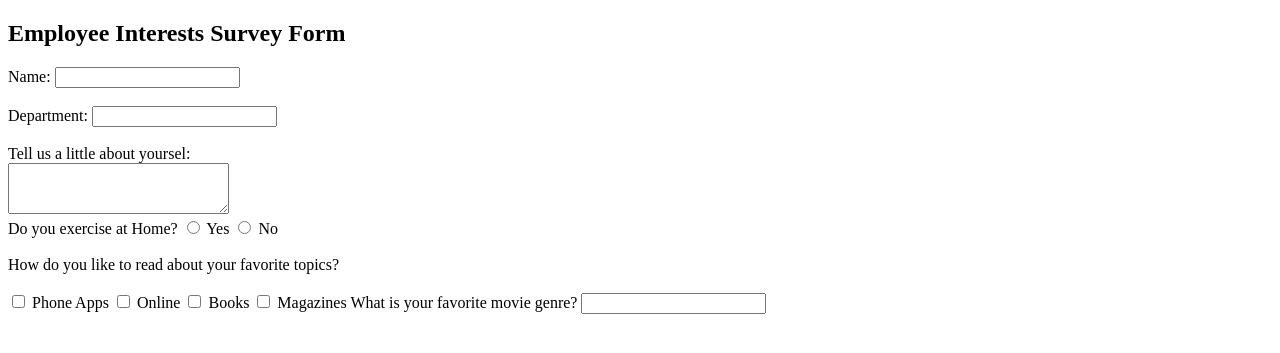
Repository: JoaoLemesDEV/Exercise-Survey-Form
Page: index.html
These files come from the project's save history. The page is drawn as it stood at one moment and after the next save; the edit follows.
The browser window is 1280 px wide. The pictures show the whole page.

Above is the page before, as saved 2021-10-10 18:29:33.

### index.html
<!DOCTYPE html>
<html lang="en">
<head>
  <meta charset="UTF-8">
  <meta http-equiv="X-UA-Compatible" content="IE=edge">
  <meta name="viewport" content="width=device-width, initial-scale=1.0">
  <title>Survey Form</title>
</head>
<body>
  <h2>Employee Interests Survey Form</h2>
  <label for="name">Name: </label>
  <input type="text" name="name" id=""><br><br>
  <label for="dep">Department:</label>
  <input type="text" name="dep" id=""><br><br>
  <label for="comment">Tell us a little about yoursel:</label><br>
  <textarea name="comment" id="comment" cols="25" rows="3"></textarea><br>
  <label for="question01">Do you exercise at Home?</label>
    <input type="radio" name="question01" id="question01">
      <label for="question01">Yes</label>
    <input type="radio" name="question01" id="question01">
      <label for="question01">No</label><br><br>
  <label for="">How do you like to read about your favorite topics?</label><br><br>
  <input type="checkbox" name="" id="">
    <label for="">Phone Apps</label>
  <input type="checkbox" name="" id="">
    <label for="">Online</label>
  <input type="checkbox" name="" id="">
    <label for="">Books</label>
  <input type="checkbox" name="" id="">
    <label for="">Magazines</label>
  <label for="">What is your favorite movie genre?</label>
  <input type="text" name="" id="">
</body>
</html>

After the next save:
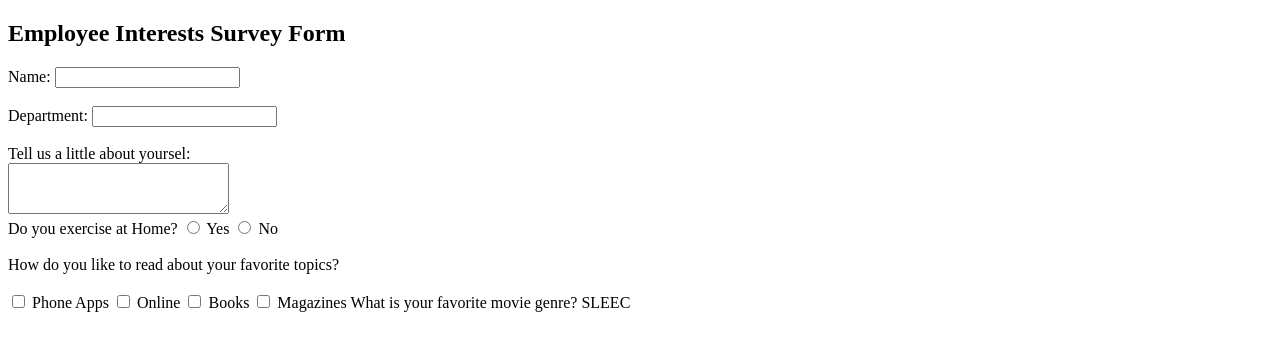
Saved 32 s later.
--- a/index.html
+++ b/index.html
@@ -29,6 +29,6 @@
   <input type="checkbox" name="" id="">
     <label for="">Magazines</label>
   <label for="">What is your favorite movie genre?</label>
-  <input type="text" name="" id="">
+  SLEEC
 </body>
 </html>
